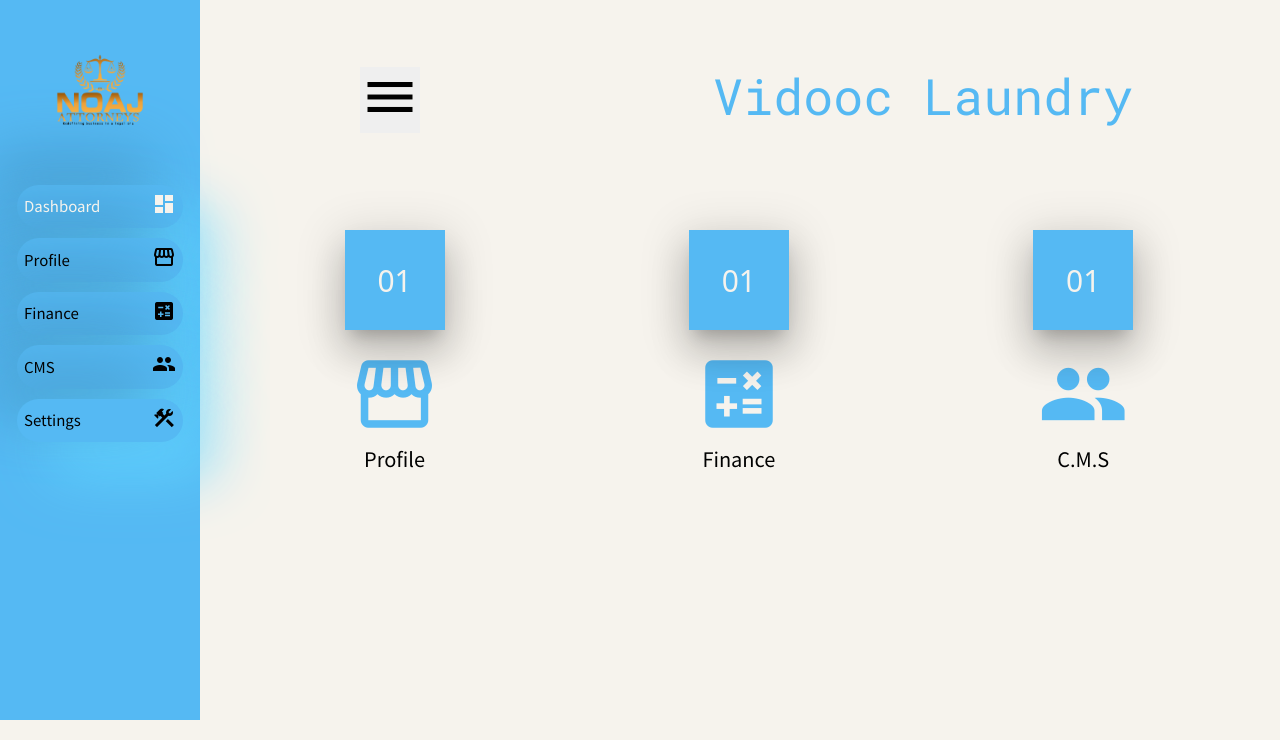
Repository: latenightsnacc/AllinOne
Page: Design/index.html
The author's editor kept a copy of each file at every save. The page is drawn from the files as they stood at one save, then again after the next save.
The browser window is 1280 px wide. The pictures show the whole page.
The style sheet was rebuilt from its Sass, Less or Tailwind sources for each picture, by a compiler version that may differ from the author's.

Above is the page before, as saved 2020-09-16 16:06:26.

After the next save:
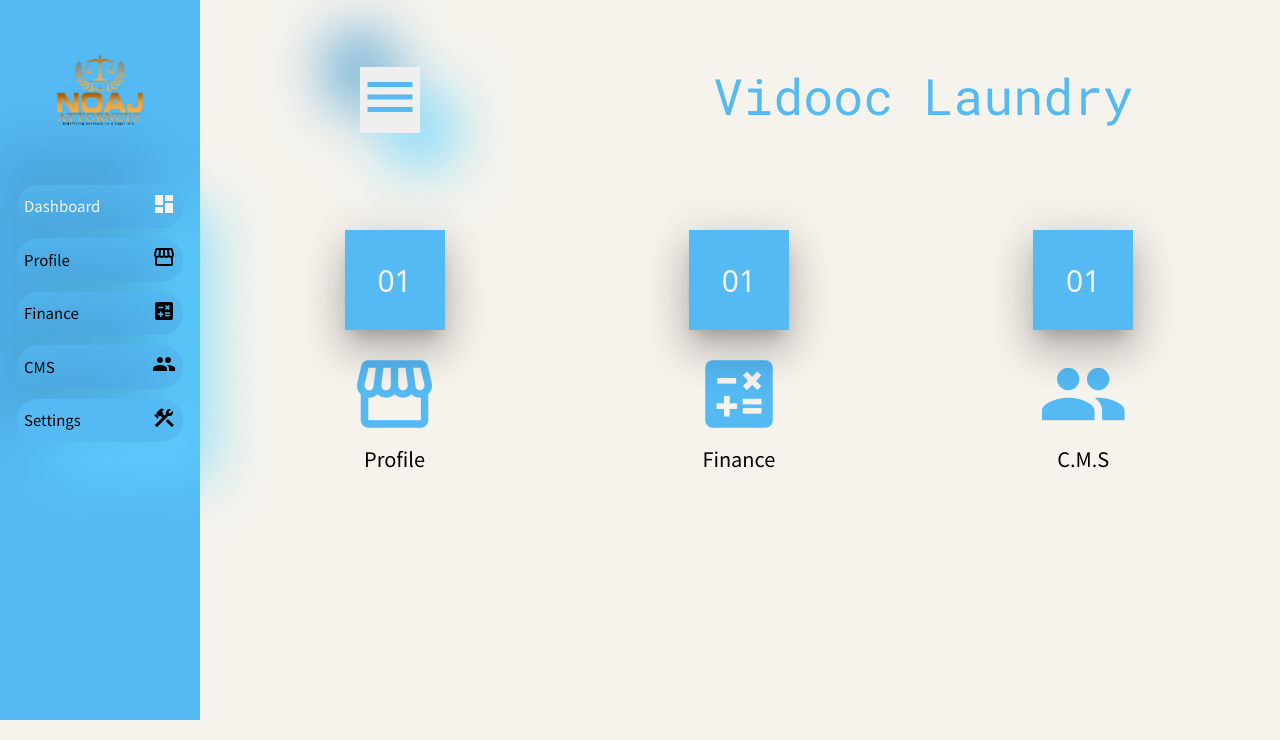
Saved 50 s later.
--- a/Design/Styles.scss
+++ b/Design/Styles.scss
@@ -23,9 +23,10 @@
         button {
             outline: none;
             border: none;
-
+            color: $blue;
+            box-shadow: $bsBlue;
             &:hover {
-                background-color: transparent;
+                background: transparent !important;
             }
         }
     }

After the save that followed:
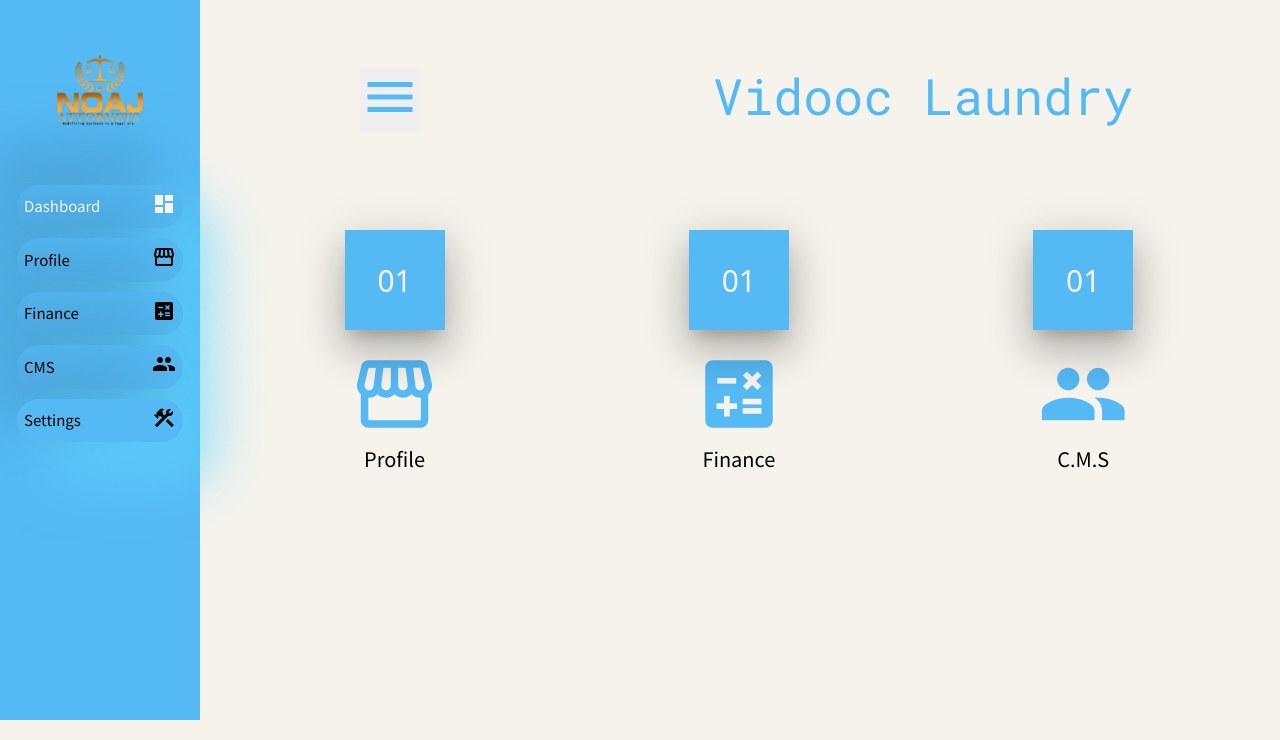
Saved 15 s later.
--- a/Design/Styles.scss
+++ b/Design/Styles.scss
@@ -24,7 +24,7 @@
             outline: none;
             border: none;
             color: $blue;
-            box-shadow: $bsBlue;
+
             &:hover {
                 background: transparent !important;
             }
